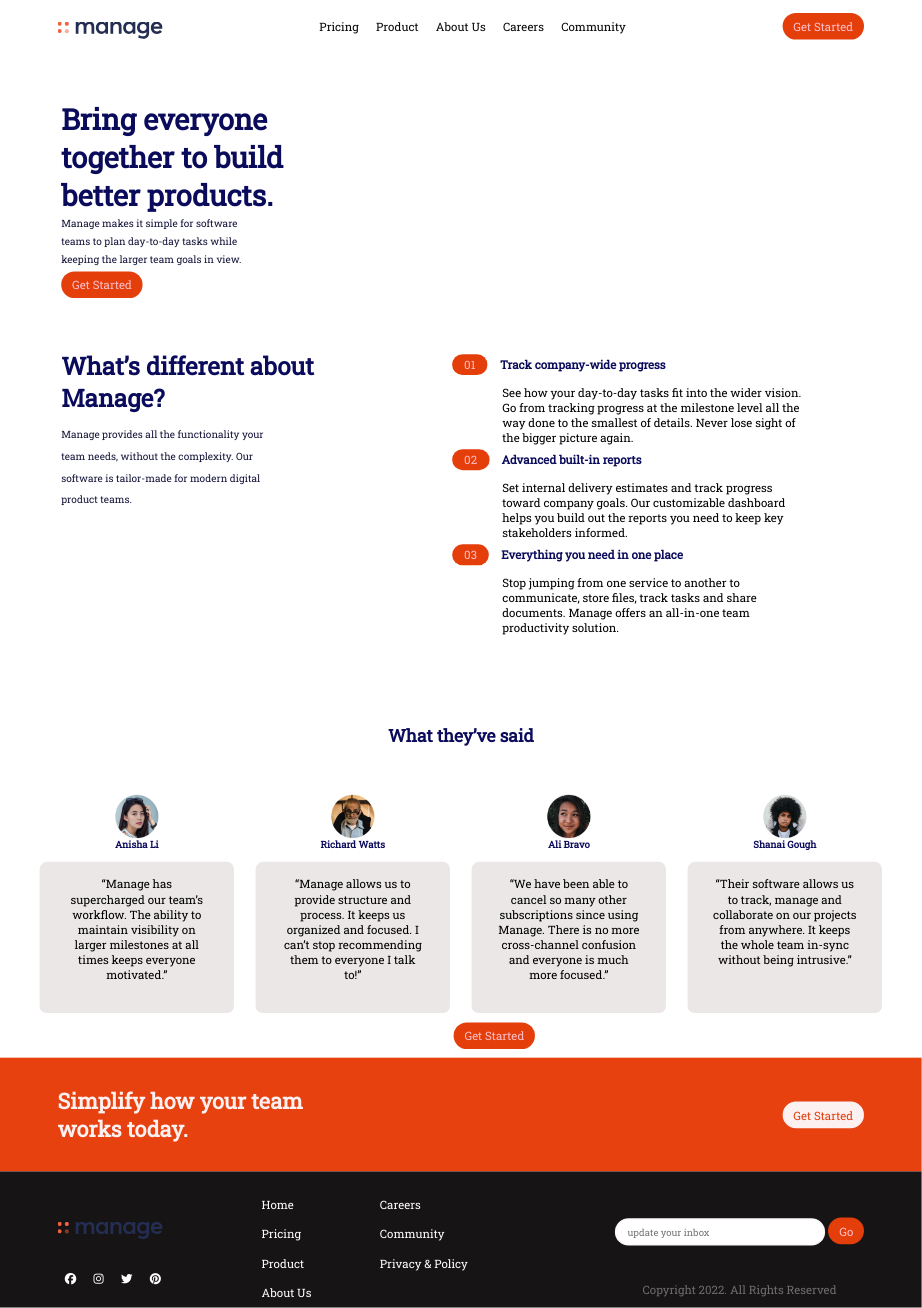
Repository: Gozo101/Black-Skin-Brother
Page: Nov-Dec Projects/manage-landing-page-master/manage-landing-page-master/index.html
The author's editor kept a copy of each file at every save. The page is drawn from the files as they stood at one save, then again after the next save.
The browser window is 1280 px wide. The pictures show the whole page, at 72% of full size.
Some web libraries are served in a nearby version.

Above is the page before, as saved 2024-01-11 11:42:09.

After the next save:
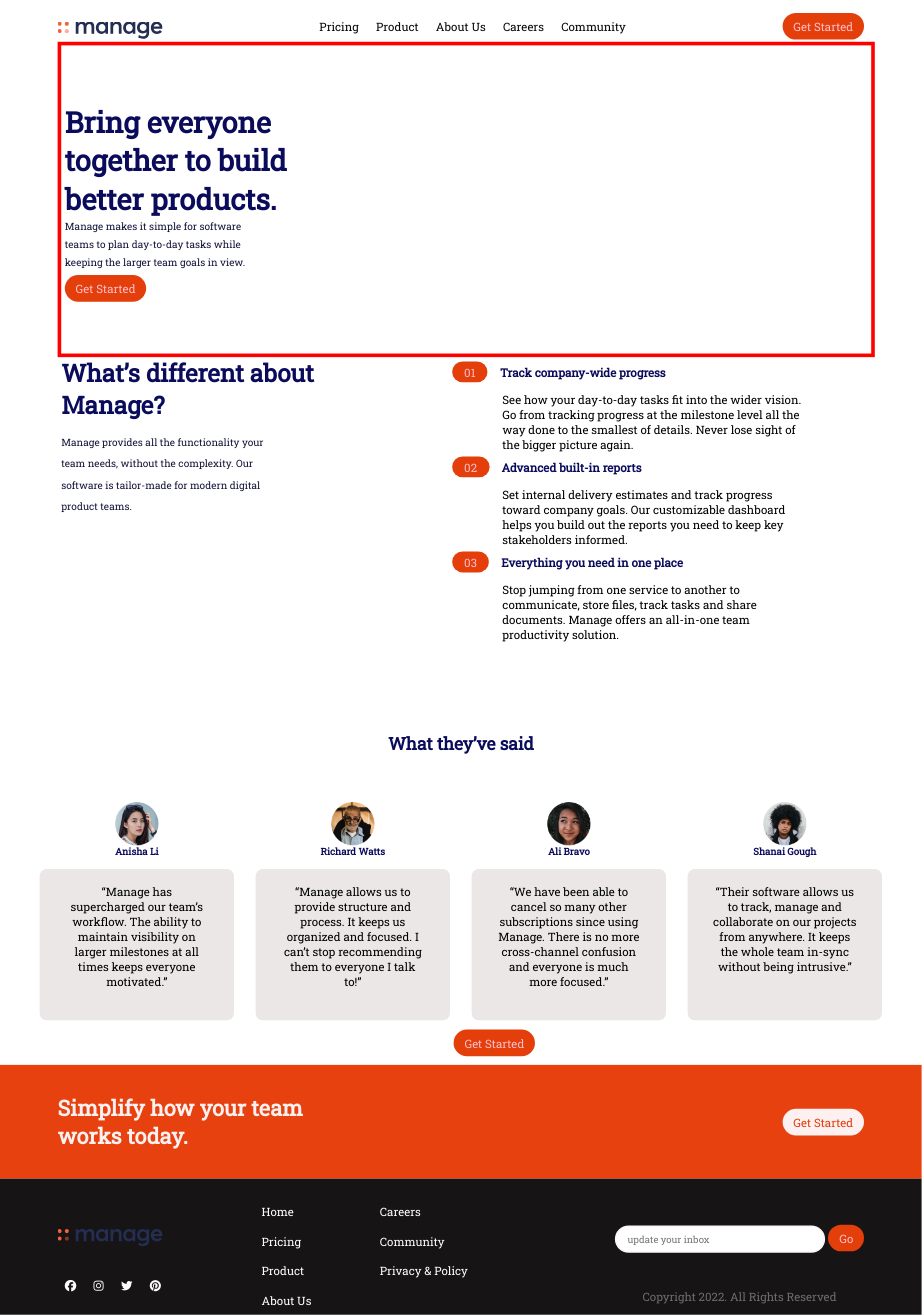
Saved 118 s later.
--- a/Nov-Dec Projects/manage-landing-page-master/style.css
+++ b/Nov-Dec Projects/manage-landing-page-master/style.css
@@ -48,7 +48,7 @@ nav{
   padding-bottom: 80px;
   padding-top: 80px;
   width: 100%;
-  /*border: 5px solid red;*/
+  border: 5px solid red;
 }
 
 .statistics h3{
